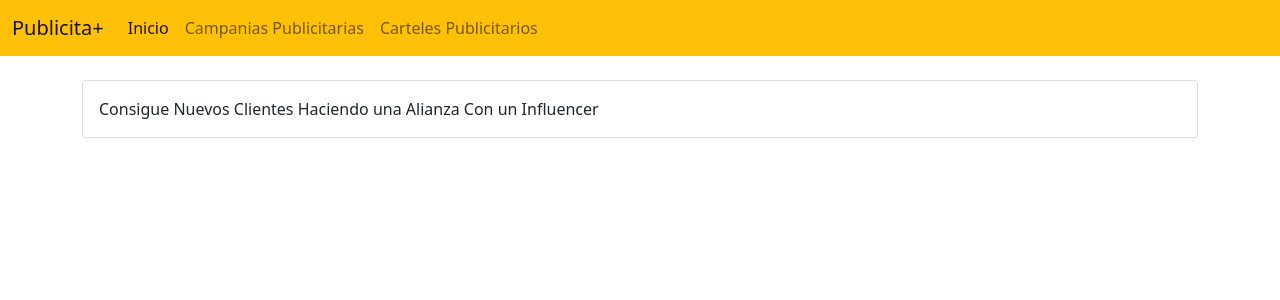
Repository: programador23/PublicitaMasWebVersionFinal
Page: http://localhost/ListaDeCampaniaNombre
The author's editor kept a copy of each file at every save. The page is drawn from the files as they stood at one save, then again after the next save.
The browser window is 1280 px wide. The pictures show the whole page.
The page is this project's Thymeleaf template; nobody is signed in. The template is opened directly, without the code that normally fills it, so the values that code supplies are empty.

Above is the page before, as saved 2021-07-05 23:03:18.

### PublicitaMasWeb-master/src/main/resources/templates/ListaDeCampaniaNombre.html
<!DOCTYPE html>
<html xmlns:th="http://www.thymeLeaf.org">
<head>
<meta charset="ISO-8859-1">
<title>Lista de campanias</title>
<link
	href="https://cdn.jsdelivr.net/npm/bootstrap@5.0.0-beta2/dist/css/bootstrap.min.css"
	rel="stylesheet"
	integrity="sha384-BmbxuPwQa2lc/FVzBcNJ7UAyJxM6wuqIj61tLrc4wSX0szH/Ev+nYRRuWlolflfl"
	crossorigin="anonymous">

<script src="https://cdn.jsdelivr.net/npm/bootstrap@5.0.2/dist/js/bootstrap.bundle.min.js" integrity="sha384-MrcW6ZMFYlzcLA8Nl+NtUVF0sA7MsXsP1UyJoMp4YLEuNSfAP+JcXn/tWtIaxVXM" crossorigin="anonymous"></script>

</head>
<header>
	<nav class="navbar navbar-expand-lg navbar-light bg-warning">
		<div class="container-fluid">
			<a class="navbar-brand" href="#">Publicita+</a>
			<button class="navbar-toggler" type="button" data-bs-toggle="collapse" data-bs-target="#navbarNavAltMarkup"
				aria-controls="navbarNavAltMarkup" aria-expanded="false" aria-label="Toggle navigation">
				<span class="navbar-toggler-icon"></span>
			</button>
			<div class="collapse navbar-collapse" id="navbarNavAltMarkup">
				<div class="navbar-nav">
					<a class="nav-link active" aria-current="page" href="/index">Inicio</a>
					<a class="nav-link" href="/listarPublicidad">Campanias Publicitarias</a>
					<a class="nav-link" href="/listacarteles">Carteles Publicitarios</a>



				</div>
			</div>
		</div>
	</nav>
</header>

<body>



<div class="container mt-4">
<div class="card">
  <div class="card-body">
    Consigue Nuevos Clientes Haciendo una Alianza Con un Influencer
  </div>
</div>

<div class="row">
 <td th:each="campaniapublicitaria:${campaniapublicitaria}">
<div class="card" style="width: 18rem;">
  <div class="card-body">
  <div class="thumbnail">
  <img  th:src="@{'/recursos/' + ${campaniapublicitaria.image}}" class="card-img-top" alt="" >
  </div>
    <h5 class="card-title" th:text="${campaniapublicitaria.nombre} ">Card title</h5>
    Duracion de la campania<p class="card-text" th:text="${campaniapublicitaria.duracion}"></p>
    Pago<p class="card-text" th:text="${campaniapublicitaria.valor}"></p>
    <a th:href="@{detalle/}+${campaniapublicitaria.id}" class="btn btn-warning">Ver Publicacion</a>
  </div>

</div>
<br>
</td>
</div>
</div>





</body>
</html>

After the next save:
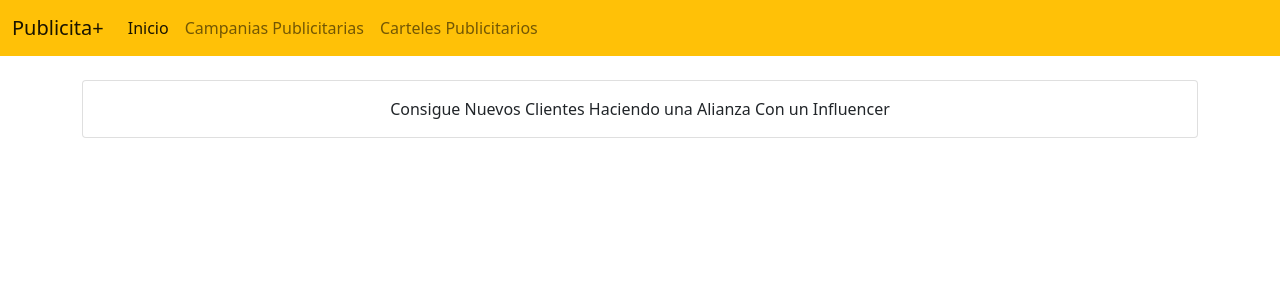
Saved 68 s later.
--- a/PublicitaMasWeb-master/src/main/resources/templates/ListaDeCampaniaNombre.html
+++ b/PublicitaMasWeb-master/src/main/resources/templates/ListaDeCampaniaNombre.html
@@ -40,10 +40,11 @@
 
 <div class="container mt-4">
 <div class="card">
-  <div class="card-body">
+  <div class="card-body text-center" >
     Consigue Nuevos Clientes Haciendo una Alianza Con un Influencer
   </div>
 </div>
+<br>
 
 <div class="row">
  <td th:each="campaniapublicitaria:${campaniapublicitaria}">
